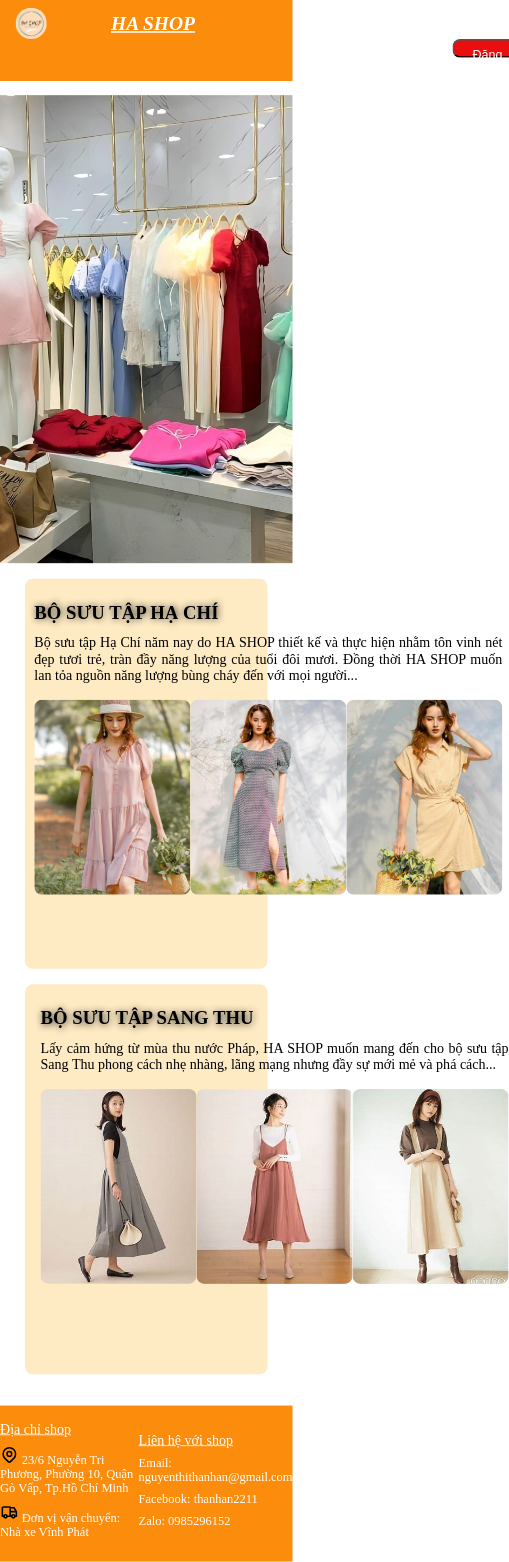
Repository: manhhieu120499/Project_ShopQuanAo
Page: index.html
The author's editor kept a copy of each file at every save. The page is drawn from the files as they stood at one save, then again after the next save.
The browser window is 375 px wide. The page is 652 px wide, so the pictures cover 652 px, including what lies to the right of the window. The pictures show the whole page, at 78% of full size.

Above is the page before, as saved 2023-04-07 22:57:57.

### index.html
<!DOCTYPE html>
<html lang="en">

<head>
    <meta charset="UTF-8" />
    <meta http-equiv="X-UA-Compatible" content="IE=edge" />
    <meta name="viewport" content="width=device-width, initial-scale=1.0" />
    <title>Document</title>
    <link rel="stylesheet" href="/css/style_trangchu.css">
    <link rel="stylesheet" href="/responsive/responsive_trangchu.css">
</head>

<body>
    <div class="wrap">
        <div class="header">
            <div class="left-header">
                <img src="/image/image_trangchu/Thời trang hiện dại.png" alt="logo_shop" class="picture"/>
                <h2 class="shop_name">HA SHOP</h2>
            </div>

            <div class="right-header">
                <div class="link">
                    <a href="#">Trang Chủ</a>
                    <a href="http://127.0.0.1:5501/html/ban_hang.html">Cửa Hàng</a>
                    <a href="#">Liên hệ</a>
                </div>
                 <div class="btn">
                     <button>Đăng nhập</button>
                     <button>Đăng kí</button>
                 </div>
            </div>

        </div>

        <div class="slide_bar">
            <img src="/image/image_trangchu/slide.jpg" alt="slide_picture">
        </div>

        <div class="album">
            <div class="album_one">
                <div class="left_picture">
                     <img src="/image/image_trangchu/10.jpg" alt="picture_ha_chi">
                </div>
                <div class="right_description">
                      <h2 class="title_album">BỘ SƯU TẬP HẠ CHÍ</h2>
                      <p class="desc">   Bộ sưu tập Hạ Chí năm nay do HA SHOP thiết kế và thực hiện nhằm tôn vinh nét đẹp tươi trẻ, tràn đầy năng lượng của tuổi đôi mươi. Đồng thời HA SHOP muốn lan tỏa nguồn năng lượng bùng cháy đến với mọi người...</p>
                      <div class="picture_etc">
                        <img src="/image/image_trangchu/11.jpg" alt="picture_ha_chi">
                        <img src="/image/image_trangchu/12.jpg" alt="picture_ha_chi">
                        <img src="/image/image_trangchu/13.jpg" alt="picture_ha_chi">
                      </div>
                </div>

            </div>

            <div class="album_two album_one ">
                <div class="right_description">
                    <h2 class="title_album">BỘ SƯU TẬP SANG THU</h2>
                    <p class="desc">   Lấy cảm hứng từ mùa thu nước Pháp, HA SHOP muốn mang đến cho bộ sưu tập Sang Thu phong cách nhẹ nhàng, lãng mạng nhưng đầy sự mới mẻ và phá cách...</p>
                    <div class="picture_etc">
                        <img src="/image/image_trangchu/5.jpg" alt="picture_sang_thu">
                        <img src="/image/image_trangchu/8.jpg" alt="picture_sang_thu">
                        <img src="/image/image_trangchu/6.jpg" alt="picture_sang_thu">
                    </div>
                </div>
                <div class="left_picture">
                     <img src="/image/image_trangchu/3.jpg" alt="picture_sang_thu">
                </div>

            </div>
        </div>

        <div class="footer">
            <div class="left_footer">
                  <p class="address">Địa chỉ shop</p>
                  <p>
                    <a class="icon">
                        <svg xmlns="http://www.w3.org/2000/svg" class="icon icon-tabler icon-tabler-map-pin" width="24" height="24" viewBox="0 0 24 24" stroke-width="2" stroke="currentColor" fill="none" stroke-linecap="round" stroke-linejoin="round">
                            <path stroke="none" d="M0 0h24v24H0z" fill="none"></path>
                            <path d="M12 11m-3 0a3 3 0 1 0 6 0a3 3 0 1 0 -6 0"></path>
                            <path d="M17.657 16.657l-4.243 4.243a2 2 0 0 1 -2.827 0l-4.244 -4.243a8 8 0 1 1 11.314 0z"></path>
                         </svg>
                    </a>
                     23/6 Nguyễn Tri Phương, Phường 10, Quận Gò Vấp, Tp.Hồ Chí Minh
                  </p>
                  <p>
                    <a>
                        <svg xmlns="http://www.w3.org/2000/svg" class="icon icon-tabler icon-tabler-truck" width="24" height="24" viewBox="0 0 24 24" stroke-width="2" stroke="currentColor" fill="none" stroke-linecap="round" stroke-linejoin="round">
                            <path stroke="none" d="M0 0h24v24H0z" fill="none"></path>
                            <path d="M7 17m-2 0a2 2 0 1 0 4 0a2 2 0 1 0 -4 0"></path>
                            <path d="M17 17m-2 0a2 2 0 1 0 4 0a2 2 0 1 0 -4 0"></path>
                            <path d="M5 17h-2v-11a1 1 0 0 1 1 -1h9v12m-4 0h6m4 0h2v-6h-8m0 -5h5l3 5"></path>
                         </svg>
                         Đơn vị vận chuyển: Nhà xe Vĩnh Phát
                    </a>
                  </p>
            </div>
            <div class="right_footer">
                 <p class="address">Liên hệ với shop</p>
                 <p>Email: nguyenthithanhan@gmail.com</p>
                 <p>Facebook: thanhan2211</p>
                 <p>Zalo: 0985296152</p>
            </div>

        </div>
    </div>

</body>

</html>

### css/style_trangchu.css
* {
    margin: 0;
    box-sizing: border-box;
}

.wrap {
    display: flex;
    flex-direction: column;
    width: 100%;
    height: 100%;
}


.header {
    background-color: #FC8D0C;
    display: flex;
    justify-content: space-around;
    position: fixed;
    width: 100%;
    top: 0;
    left: 0;
    padding: 10px 0;
    z-index: 1;
}

.left-header {
    width: 270px;
    display: flex;
    align-items: center;
    justify-content: space-between;
}

.left-header .picture {
    width: 100px;
    height: 100px;
    border-radius: 50%;
}

.left-header .shop_name {
    color: white;
    font-size: 25px;
    text-decoration: underline;
    font-style: italic;
}

.right-header .link {
    width: 400px;
    display: flex;
    justify-content: space-between;
}

.right-header .link a:hover {
    color: black;
}

.right-header .link > a {
    color: white;
    text-decoration: none;
    font-size: 25px;
    /* padding: 10px 35px; */
}

.right-header {
    width: 800px;
    display: flex;
    align-items: flex-end;
    margin-bottom: 20px;
    justify-content: space-between;
}

.right-header .btn {
    display: flex;
    justify-content: space-between;
    width: 300px;
}

.right-header .btn > button {
    background-color: #EA0E0E;
    padding: 10px 15px;
    border-radius: 10px;
    font-size: 16px;
    color: white;
    width: 200px;
    height: 40px;
    margin-left: 10px;
}



/* slide bar*/
.slide_bar {
    margin-top: 122px;
    height: 400px;
}
.slide_bar > img{
    width: 100%;
    object-fit: cover;
    height: 600px;
    display: block;
    margin-bottom: 20px;
}

/*album bo suu tap*/
.album {
    display: flex;
    width: calc(100% - 32px);
    flex-direction: column;
}
.album_one {
    margin-top: 220px;
    width: calc(100% - 32px);
    margin-left: 32px;
    height: 500px;
    background-color: #FEEAC3;
    display: flex;
    justify-content: space-around;
    align-items: center;
    border-radius: 10px;

}

.left_picture {
    width: 340px;
    height: 440px;
}
.left_picture img{
    width: 340px;
    height: 440px;
    border-radius: 10px;
}

.left_picture img:hover {
    transform: scale(1.1);
    transition: ease all 0.7s;
}

.right_description {
    width: 700px;
    height: 440px;
    display: flex;
    flex-direction: column;
}

.right_description > .picture_etc{
    display: flex;
    align-items: center;
    justify-content: space-between;
}

.right_description > .picture_etc > img {
    width: 200px;
    height: 300px;
    border-radius: 10px;
    object-fit: cover;
    margin-top: 10px;
}

.right_description > .picture_etc > img:hover {
    transform: scale(1.1);
    transition: ease all 0.7s;
}

.right_description .title_album {
    font-weight: 600px;
    margin-bottom: 15px;
    text-shadow: 1px 1px 10px #222;
}

.right_description .desc {
    font-size: 18px;
    text-align: start;
    margin-bottom: 10px;
}

.album .album_two {
    margin-top: 20px;
}

/*footer*/
.footer {
    margin-top: 40px;
    width: 100%;
    height: 200px;
    background-color: #FC8D0C;
    display: flex;
    justify-content: space-around;
    align-items: center;
    color: white;
}

.footer .left_footer {
    display: flex;
    flex-direction: column;
}

.left_footer p {
    margin-bottom: 10px;
}

.left_footer .address {
    text-decoration: underline;
    font-size: 18px;
}

.footer .right_footer {
    display: flex;
    flex-direction: column;
}

.right_footer p {
    margin-bottom: 10px;
}

.right_footer .address {
    text-decoration: underline;
    font-size: 18px;
}

.footer svg {
    color: black;
}

### responsive/responsive_trangchu.css
/*ipad pro*/
@media only screen and (max-width: 1024px){
    .left-header {
        width: 230px;
        margin-left: 20px;
    }

    .right-header .link {
        width: 350px;
        margin-left: 60px;
    }

    .btn {
        margin-right: 30px;
    }

    .album_one .left_picture{
        width: 250px;
        height: 350px;
        margin-left: 12px;
    }
    .album_one .left_picture > img {
        width: 100%;
        height: 100%;
    }


    .album_one .right_description {
        width: 650px;
        margin-right: 20px;
    }


    .right_description > .picture_etc > img {
        width: 200px;
        height: 250px;
    }

    .right_description .desc{
        text-align: justify;
    }

    .album_two .left_picture {
        margin-right: 24px;
    }

    .album_two .right_description {
        margin-left: 20px;
    }
}

/*iphone x*/
@media only screen and (max-width: 375px) {
    .header {
        width: 375px;
        display: flex;
        flex-direction: column;
        align-items: flex-start;

    }
    .right-header .link {
        width: 0;
    }
    .right-header .link > a{
        display: none;

    }

    .left-header .picture {
        width: 40px;
        height: 40px;
    }

    .right-header .btn {
        width: 200px;
    }



    .right-header .btn > button{
        width: 100px;
        height: 20px;
    }
}

After the next save:
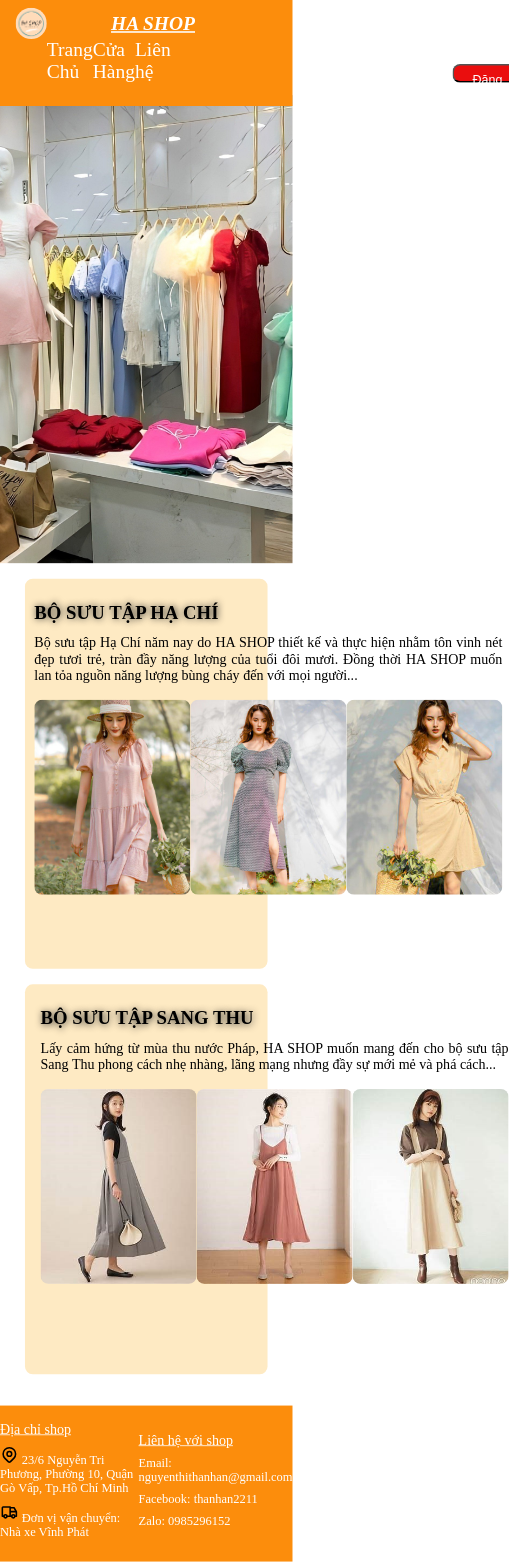
Saved 5 s later.
--- a/responsive/responsive_trangchu.css
+++ b/responsive/responsive_trangchu.css
@@ -61,10 +61,7 @@
     .right-header .link {
         width: 0;
     }
-    .right-header .link > a{
-        display: none;
 
-    }
 
     .left-header .picture {
         width: 40px;

After the save that followed:
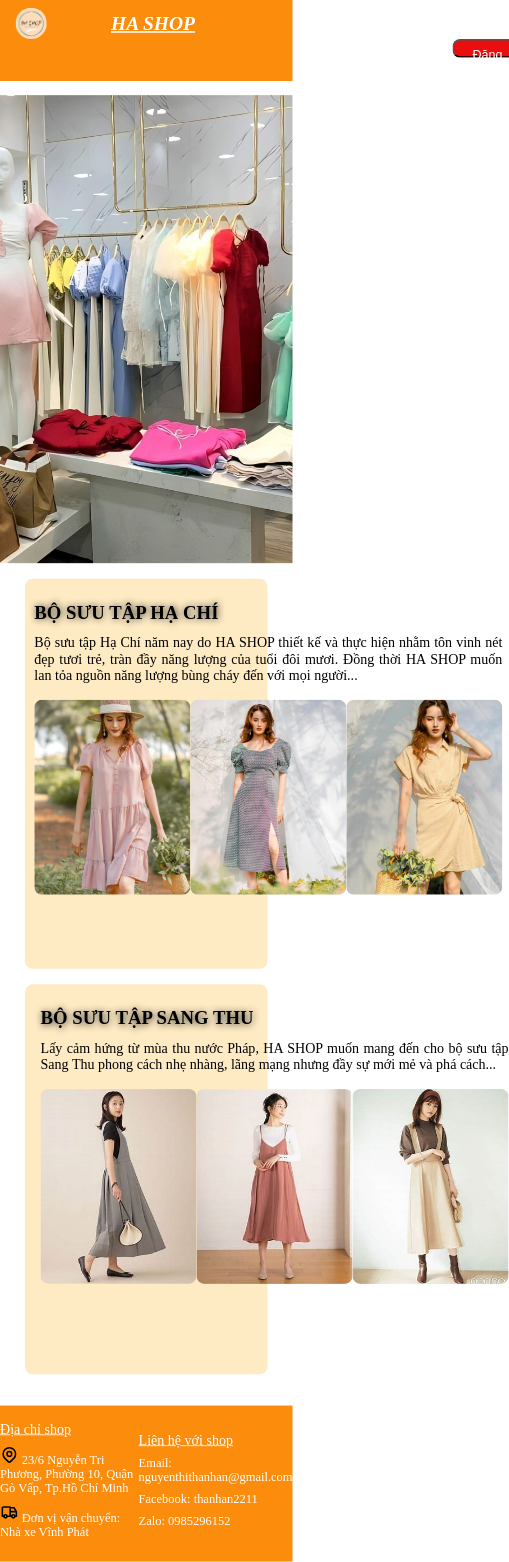
Saved 10 s later.
--- a/responsive/responsive_trangchu.css
+++ b/responsive/responsive_trangchu.css
@@ -61,7 +61,10 @@
     .right-header .link {
         width: 0;
     }
+    .right-header .link > a{
+        display: none;
 
+    }
 
     .left-header .picture {
         width: 40px;
